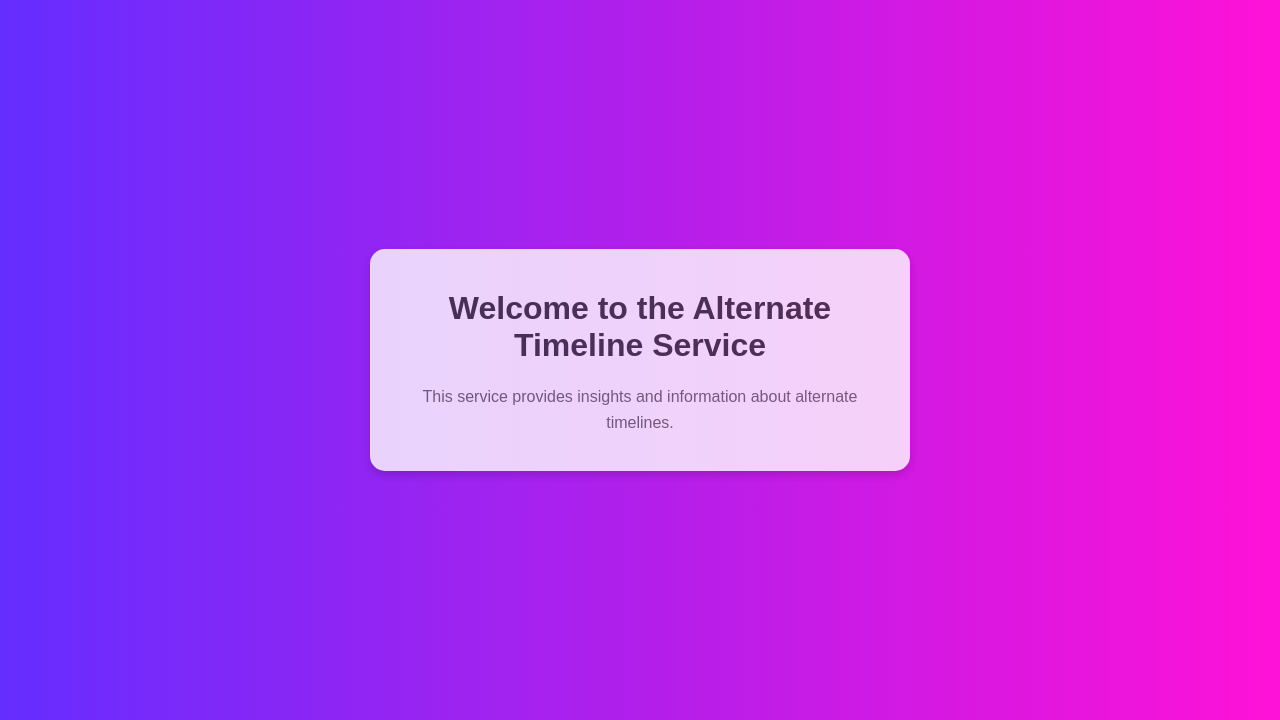
Repository: JovKun/DecisionCraft
Page: service/index.html
An editor plug-in stored every save of this project. The page is shown before and after the next save, followed by the edit.
The browser window is 1280 px wide. The pictures show the whole page.

Above is the page before, as saved 2026-01-31 12:45:53.
Not found: service/script.js

After the next save:
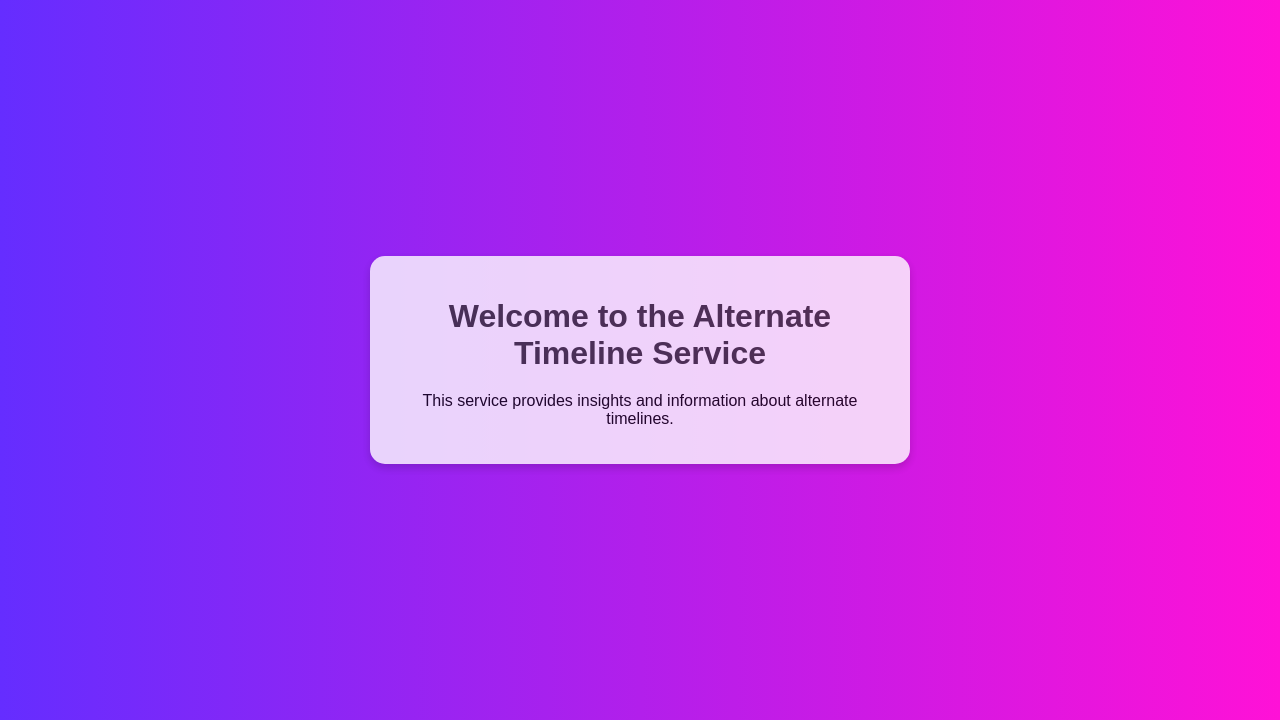
Saved 5 s later.
--- a/service/style.css
+++ b/service/style.css
@@ -28,8 +28,3 @@ h1 {
     color: #333;
     margin-bottom: 20px;
 }
-
-p {
-    color: #666;
-    line-height: 1.6;
-}
